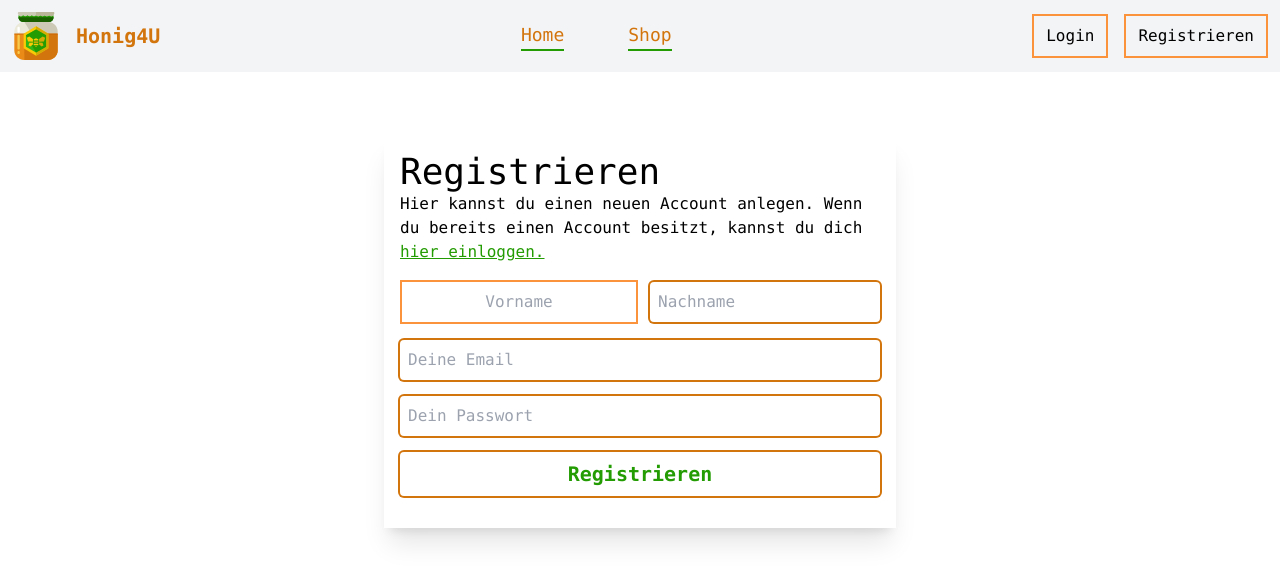
Repository: cainytheslave/PHPHonigShop
Page: http://localhost/registrierung.php
The author's editor kept a copy of each file at every save. The page is drawn from the files as they stood at one save, then again after the next save.
The browser window is 1280 px wide. The pictures show the whole page.
The page is run by PHP 8.4 with error messages shown; the project is at /var/www/html/. Style sheets and scripts are compiled from the project's sources, by tool versions that may differ from the author's.

Above is the page before, as saved 2022-03-11 01:45:07.

After the next save:
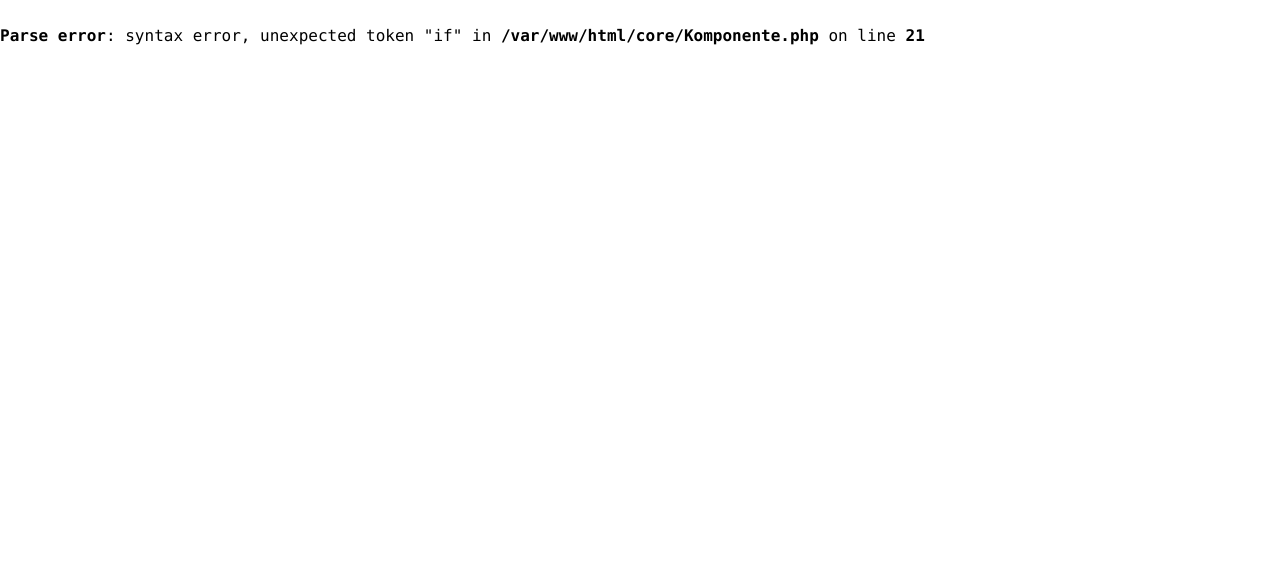
Saved 44 s later.
--- a/core/Komponente.php
+++ b/core/Komponente.php
@@ -15,10 +15,10 @@
         return "<input type='submit' name='$name' class='$classes' value='$text' />";
     }
 
-    static function input($type = "text", $placeholder = '', $name = '')
+    static function input($type = "text", $placeholder = '', $name = '', $required = 'true')
     {
         $classes = "text-center px-3 py-2 border-2 hover:bg-gray-200 active:scale-95 hover:scale-105 border-orange-400";
-        return "<input type='$type' name='$name' class='$classes' placeholder='$placeholder' />";
+        return "<input type='$type' name='$name'".if()."class='$classes' placeholder='$placeholder' />";
     }
 
     static function alert($error = true, $data)

After the save that followed:
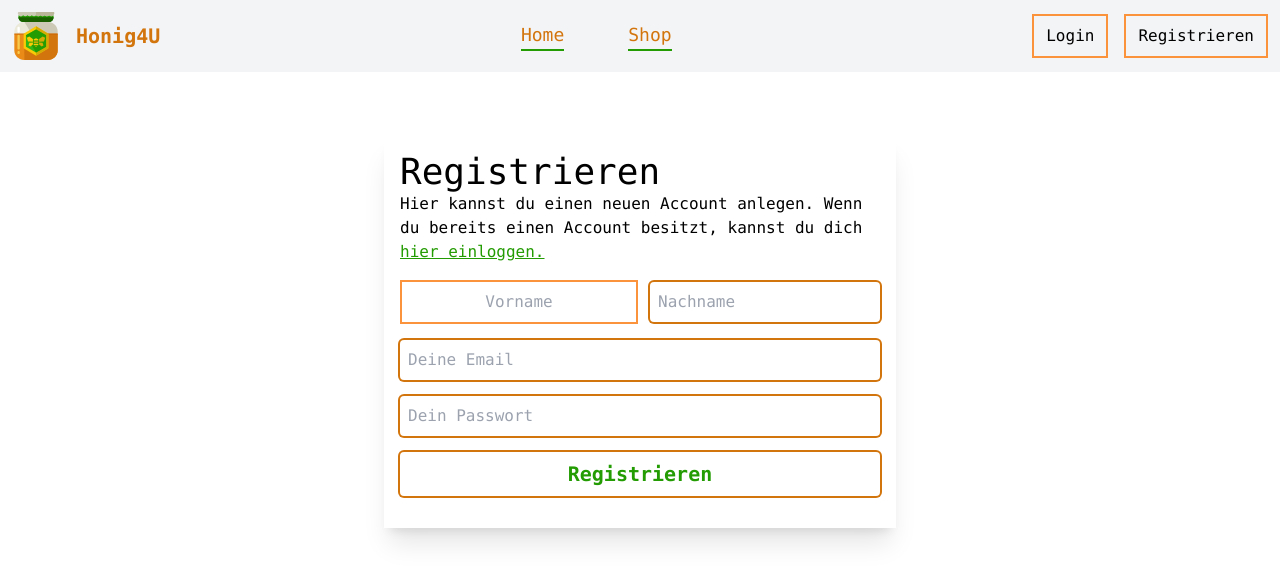
Saved 16 s later.
--- a/core/Komponente.php
+++ b/core/Komponente.php
@@ -18,7 +18,7 @@
     static function input($type = "text", $placeholder = '', $name = '', $required = 'true')
     {
         $classes = "text-center px-3 py-2 border-2 hover:bg-gray-200 active:scale-95 hover:scale-105 border-orange-400";
-        return "<input type='$type' name='$name'".if()."class='$classes' placeholder='$placeholder' />";
+        return "<input type='$type' name='$name' required='$required' class='$classes' placeholder='$placeholder' />";
     }
 
     static function alert($error = true, $data)
